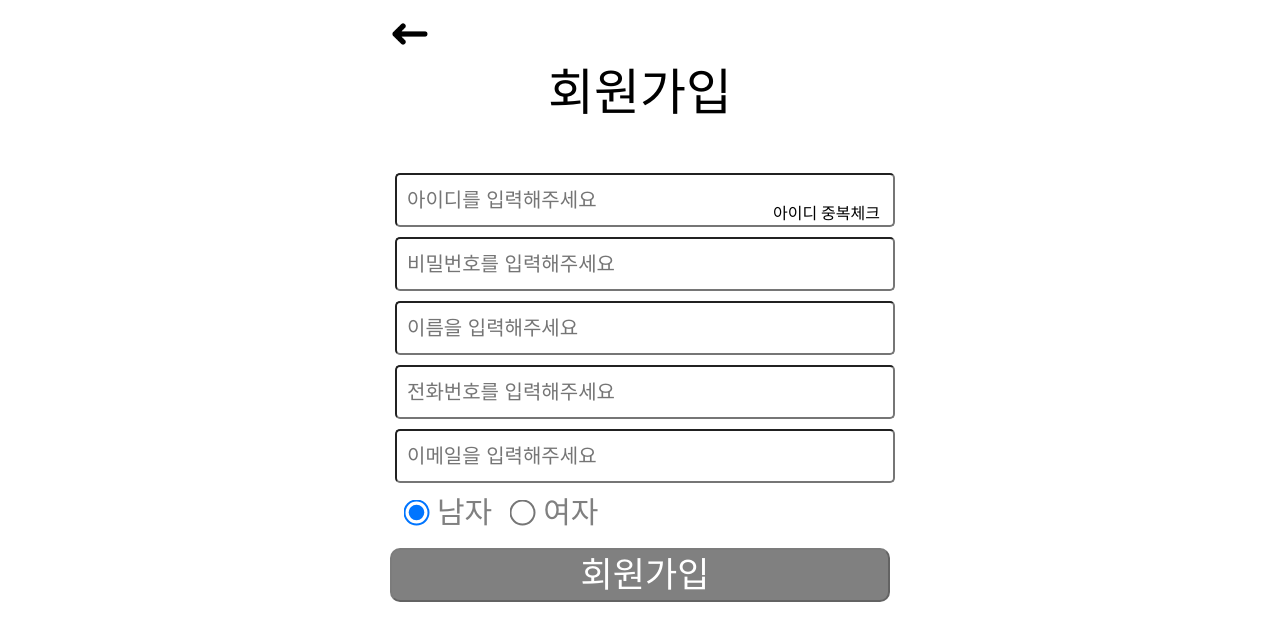
Repository: jaehunjeong4103/WebProject
Page: http://localhost/Web/view/member/register?id=1
These files come from the project's save history. The page is drawn as it stood at one moment and after the next save; the edit follows.
The browser window is 1280 px wide. The pictures show the whole page.
Some web fonts or font styles are not loaded; a fallback is used. The page is served by Tomcat 9. Other server files are loaded and not shown.

Above is the page before, as saved 2023-06-05 08:17:20.

### Web/src/main/webapp/WEB-INF/view/member/register.jsp
<%@ page language="java" contentType="text/html; charset=UTF-8"
    pageEncoding="UTF-8"%>
<%@ taglib prefix="c" uri="http://java.sun.com/jsp/jstl/core"%>

<!DOCTYPE html>
<html>
	<head>
		<link rel="preconnect" href="https://fonts.googleapis.com">
		<link rel="preconnect" href="https://fonts.gstatic.com" crossorigin="crossorigin">
		<link href="https://fonts.googleapis.com/css2?family=Gowun+Dodum&family=Song+Myung&display=swap" rel="stylesheet">
		<link href="../../css/register.css?after" type="text/css" rel="stylesheet" />
		<meta charset="UTF-8">
		<title>Insert title here</title>
	</head>
	<body>
		<header>
			<div id="arrow_body">
				<button onclick="history.back()"><image src="../../images/direction-arrow.png" alt="화살표" id="arrow"/></button>
			<div id="title">회원가입</div>
		</header>
		<form action="register" method="post">
			<section>
				<input type="text" placeholder="아이디를 입력해주세요" class="input_text id" name="ID" value="${chkId}">
    			<a href="duplicate" id="id_check"> 아이디 중복체크</a>
			  </input>
				<input type="text" placeholder="비밀번호를 입력해주세요" class="input_text password" name="PASSWORD">
			  <input type="text" placeholder="이름을 입력해주세요" class="input_text name" name="NAME">
				<input type="text" placeholder="전화번호를 입력해주세요" class="input_text phone" name="PHONE">
				<input type="text" placeholder="이메일을 입력해주세요" class="input_text email" name="EMAIL">
			  	<input style="scale:2" type="radio" name="GENDER" id="male" value="male" checked="checked">
			    	<label for="male">남자</label>
			    <input style="scale:2" type="radio" name="GENDER" id="female" value="female">
			    	<label for="female">여자</label>
		    	<input type="submit" value="회원가입" id="register_button" class="button">
			</section>
		</form>

		<script>
			let id = document.querySelector(".id");
			let password = document.querySelector(".password");
			let name = document.querySelector(".name");
			let phone = document.querySelector(".phone");
			let email = document.querySelector(".email");
			let button = document.querySelector("#register_button");
			button.disabled = true;

			id.addEventListener('keyup', activeEvent);
			password.addEventListener('keyup', activeEvent);
			name.addEventListener('keyup', activeEvent);
			phone.addEventListener('keyup', activeEvent);
			email.addEventListener('keyup', activeEvent);

			function activeEvent() {
				if(id.value == '' || password.value == '' || name.value == '' || phone.value == '' || email.value == ''){
					button.disabled = true;
				}else
					button.disabled = false;
				}

		</script>
	</body>
</html>

### Web/src/main/java/controller/member/Member_register_controller.java
package controller.member;

import java.io.IOException;

import javax.servlet.ServletException;
import javax.servlet.annotation.WebServlet;
import javax.servlet.http.HttpServlet;
import javax.servlet.http.HttpServletRequest;
import javax.servlet.http.HttpServletResponse;

import entity.Member;
import service.MemberService;

@WebServlet("/view/member/register")
public class Member_register_controller extends HttpServlet {
	@Override
	protected void doGet(HttpServletRequest request, HttpServletResponse response) throws ServletException, IOException {
		request.getRequestDispatcher("/WEB-INF/view/member/register.jsp").forward(request, response);
	}

	@Override
	protected void doPost(HttpServletRequest request, HttpServletResponse response) throws ServletException, IOException {
		request.setCharacterEncoding("UTF-8");
		String id = request.getParameter("ID");
		String password = request.getParameter("PASSWORD");
		String name = request.getParameter("NAME");
		String phone = request.getParameter("PHONE");
		String email = request.getParameter("EMAIL");
		String gender = request.getParameter("GENDER");

		Member member = new Member();
		member.setId(id);
		member.setPassword(password);
		member.setName(name);
		member.setPhone(phone);
		member.setEmail(email);
		member.setGender(gender);

		MemberService service = new MemberService();
		int result = service.insertMember(member);

		response.sendRedirect("/view/main");
	}
}

### Web/src/main/webapp/css/register.css
@charset "UTF-8";
* {padding: 0; margin: 0;}

button {border-width: 0;}

body {
	width: 500px;
	margin: auto;
	position: relative;
}

a#id_check {
	position: absolute;
	top: 200px;
	right: 10px;
}

img#arrow {
	width: 40px;
	height: 40px;
	position: absolute;
	transform: rotate(180deg);
}

div#title {
	font-size: 50px;
	text-align: center;
	line-height: 150px;
}

#section {
	margin-bottom: 20px;
	display: flex;
	flex-direction: row;
	justify-content: space-between;
}

label {
	width: 50%;
	font-size: 30px;
	line-height: 50px;
	text-align: center;
	color: gray;
	margin-left: 10px;
	margin-right: 20px;
}

input#male{
	margin-left: 20px;
}

input#male, input#female {
	position: relative;
	top: -4.5px;
}

.input_text {
	width: 100%;
	font-size: 20px;
	line-height: 50px;
	border-radius: 5px;
	padding-left: 10px;
	box-sizing: border-box;
	margin: 5px;
}

.button {
	width: 100%;
	margin: auto;
	margin-top: 10px;
	background-color: rgb(169, 89, 245);
	border-radius: 10px;
	text-align: center;
	font-size: 35px;
	color: azure;
	line-height: 50px;
	padding-left: 10px;
	box-sizing: border-box;
}

#register_button:disabled input type:submit{
	background-color: gray;
}

button:hover {cursor: pointer;}

.button:hover {cursor: pointer;}
.button:disabled {background-color: gray; color: white;}

a {
	color: black; text-decoration-line: none;
}

After the next save:
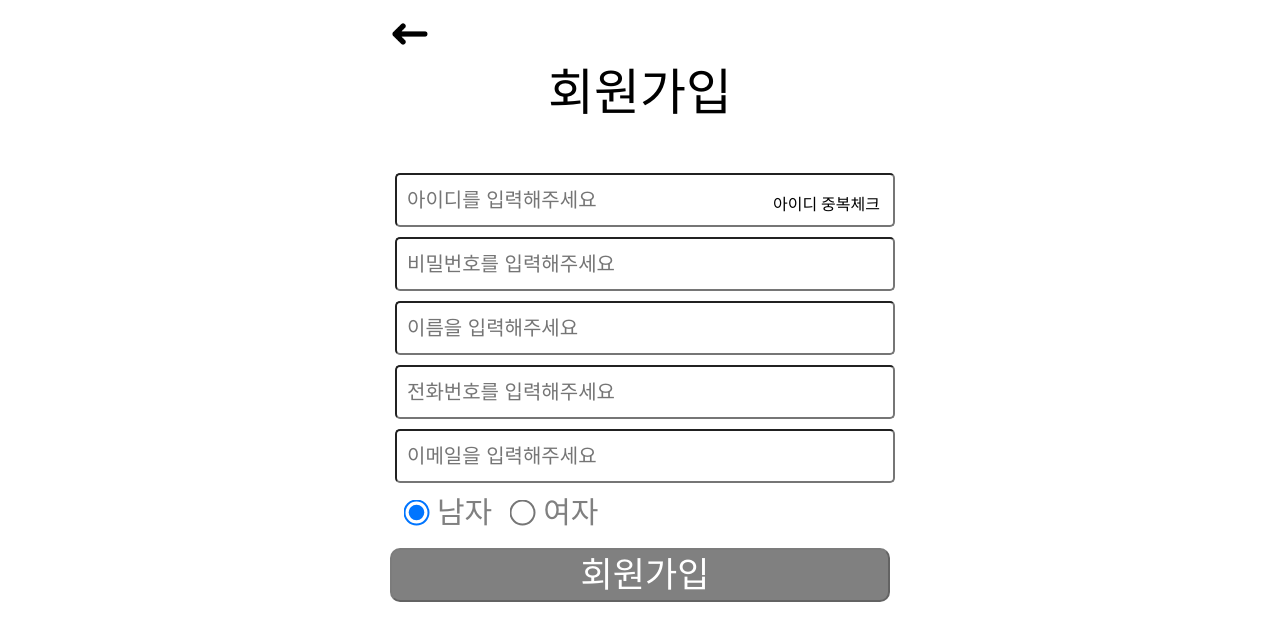
Saved 23 s later.
--- a/Web/src/main/webapp/css/register.css
+++ b/Web/src/main/webapp/css/register.css
@@ -11,7 +11,7 @@ body {
 
 a#id_check {
 	position: absolute;
-	top: 200px;
+	top: 191px;
 	right: 10px;
 }
 
